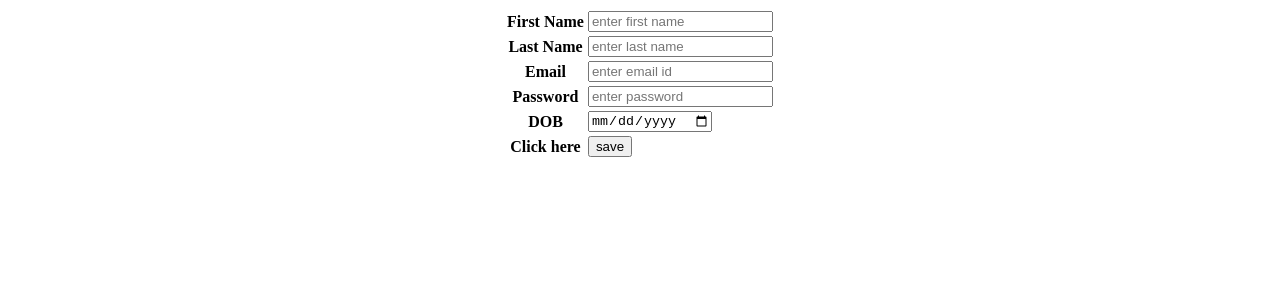
Repository: shadkhan8815/Advance-java
Page: http://localhost/Web-Project/FormSubmit.jsp
These files come from the project's save history. The page is drawn as it stood at one moment and after the next save; the edit follows.
The browser window is 1280 px wide. The pictures show the whole page.
The page is served by Tomcat 9.

Above is the page before, as saved 2025-04-23 18:17:26.

After the next save:
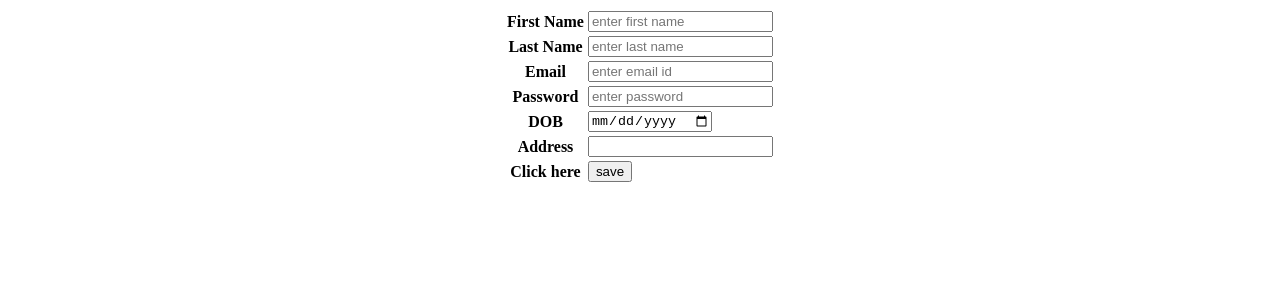
Saved 2 min 25 s later.
--- a/Web-Project/WebContent/FormSubmit.jsp
+++ b/Web-Project/WebContent/FormSubmit.jsp
@@ -39,6 +39,11 @@
 					<th>DOB</th>
 					<td><input type="date" name="dob"></td>
 				</tr>
+				<tr>
+					<th>Address</th>
+					<td><input type="address" name="address"
+						plac1eholder="enter address"></td>
+				</tr>
 
 				<tr>
 					<th>Click here</th>
